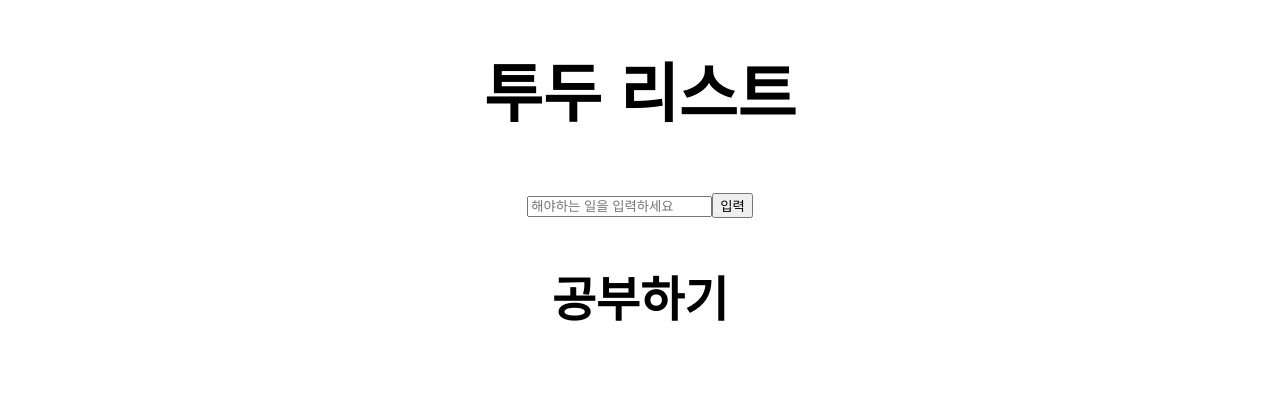
Repository: jun01270/Todo-List_React
Page: /
An editor plug-in stored every save of this project. The page is shown before and after the next save, followed by the edit.
The browser window is 1280 px wide. The pictures show the whole page.
The project was rebuilt for these pictures with package versions that can differ from the ones it lists, and the page was loaded fresh each time.

Above is the page before, as saved 2023-01-02 13:44:38.

After the next save:
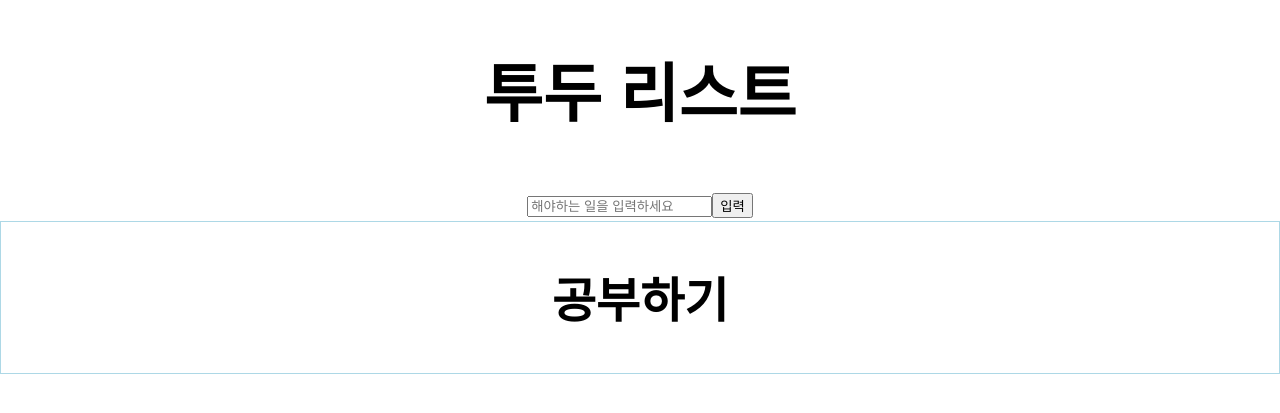
Saved 28 s later.
--- a/src/App.css
+++ b/src/App.css
@@ -7,14 +7,15 @@
   font-size: xx-large;
 }
 
-.todo-list {
+.todo-Form {
 }
 
 .todo-title {
   font-family: "Nanum Pen Script", cursive;
 }
 
-.todo-Form {
+.todo-items {
+  border: 1px solid lightblue;
 }
 
 .sub {
